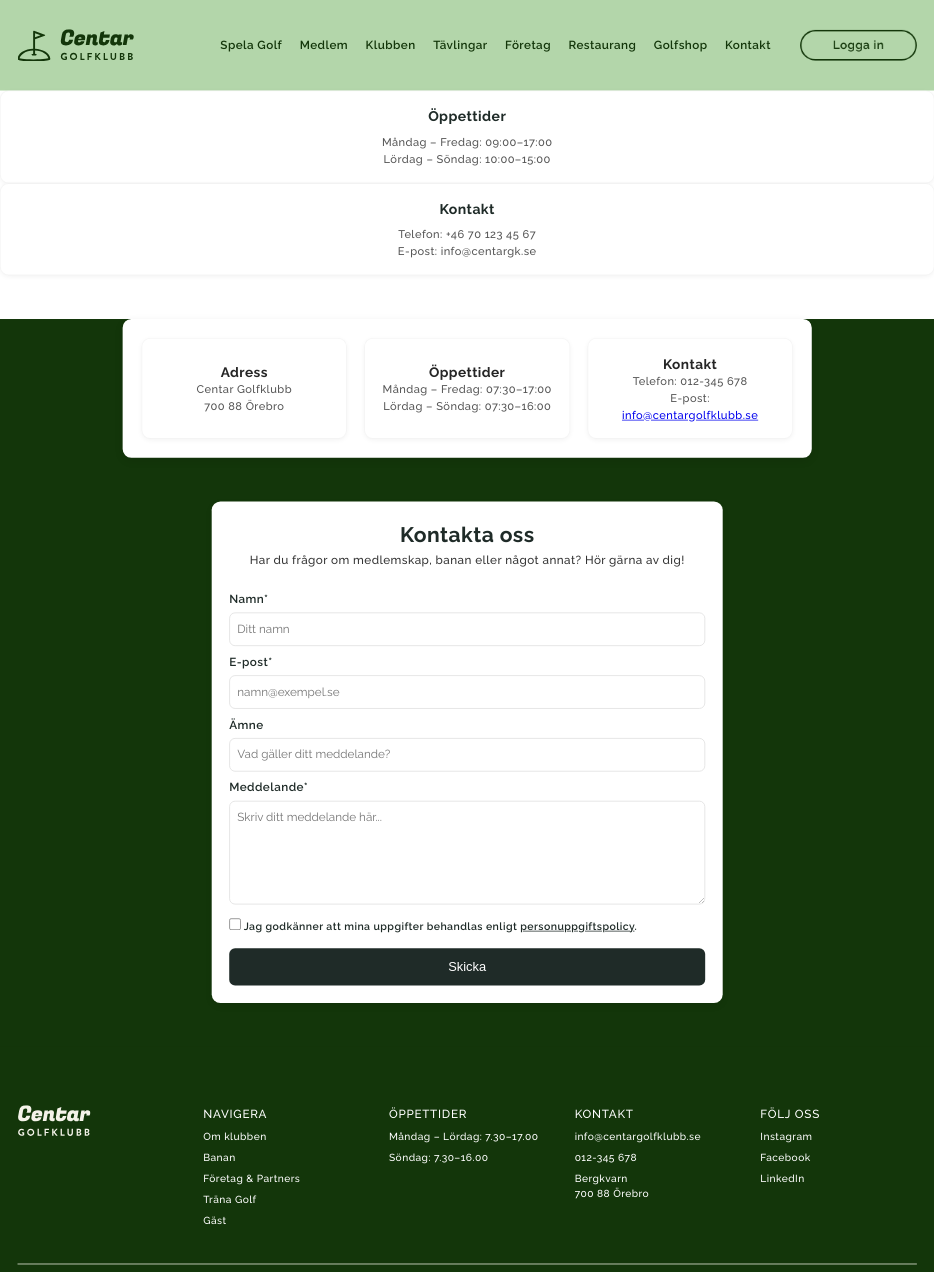
Repository: Tamana831/GolfklubbCentar
Page: kontakt.html
An editor plug-in stored every save of this project. The page is shown before and after the next save, followed by the edit.
The browser window is 1280 px wide. The pictures show the whole page, at 73% of full size.

Above is the page before, as saved 2025-10-24 00:26:02.

After the next save:
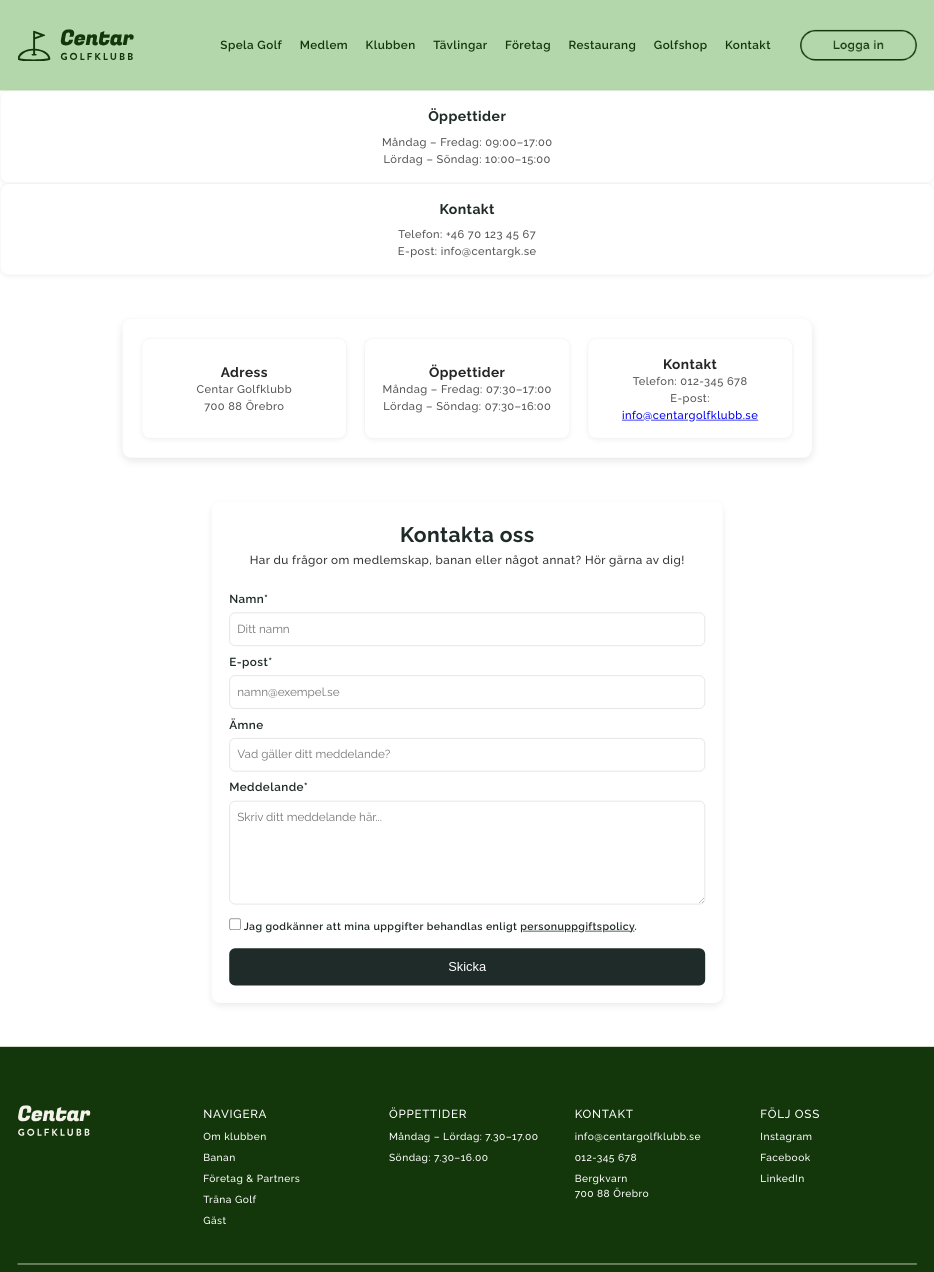
Saved 31 s later.
--- a/kontakt.html
+++ b/kontakt.html
@@ -55,7 +55,7 @@
 </section>
 
     </header>
-      <footer class="bg-green-dark">
+
     <!-- HELA KONTAKTSEKTIONEN MED BAKGRUND -->
     <section class="contact-section" aria-labelledby="kontakt-h1">
       <div class="container">
